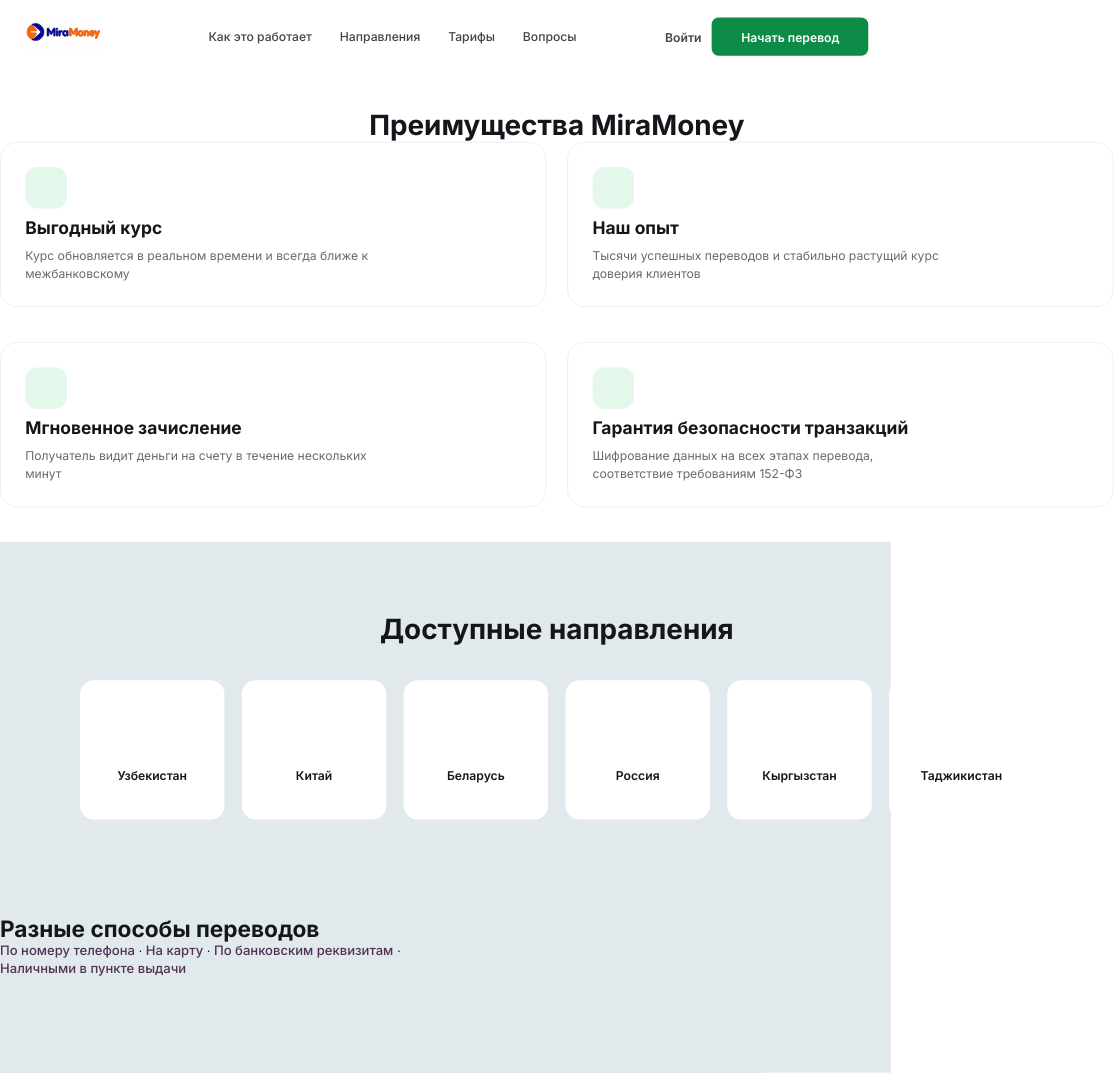
Repository: Shaiyr1/mira-money
Page: index.html
An editor plug-in stored every save of this project. The page is shown before and after a run of saves, followed by the edit.
The browser window is 1024 px wide. The page is 1280 px wide, then 1024 px, so the pictures cover 1280 px, including what lies to the right of the window. The pictures show the whole page, at 87% of full size.

Above is the page before, as saved 2026-10-23 16:15:19.

### index.html
<!DOCTYPE html>
<html lang="en">
<head>
    <meta charset="UTF-8">
    <meta http-equiv="X-UA-Compatible" content="IE=edge">
    <meta name="viewport" content="width=device-width, initial-scale=1.0">
    <link rel="stylesheet" href="/src/css/style.css">
    <title>Document</title>
</head>
<body>
    <header class="header">
        <nav class="header-nav">
            <a class="header-nav__link" href="">
                <img class="header-nav__link-logo" src="./src/img/logo.svg" alt="logo">
            </a>
            <ul class="header-nav__ul">
                <li class="header-nav__li">
                    <a class="header-nav__li-link" href="">Как это работает</a>
                </li>
                <li class="header-nav__li">
                    <a class="header-nav__li-link" href="">Направления</a>
                </li>
                <li class="header-nav__li">
                    <a class="header-nav__li-link" href="">Тарифы</a>
                </li>
                <li class="header-nav__li">
                    <a class="header-nav__li-link" href="">Вопросы</a>
                </li>
            </ul>
            <div class="header-nav__sign">
                <a class="header-nav__sign-link" href="">Войти</a>
                <button class="header-nav__sign-btn">Начать перевод</button>
            </div>
        </nav>
    </header>
    <main class="main">
        <section class="home">
            <div class="container">

            </div>
        </section>
        <section class="advantages">
            <div class="container">
                <h2 class="advantages__title">
                    Преимущества MiraMoney
                </h2>
                <div class="advantages-blocks">
                    <div class="advantages-block">
                        <img class="advantages-block__icon" src="./src/img/icon.svg" alt="icon">
                        <h5 class="advantages-block__title">Выгодный курс</h5>
                        <p class="advantages-block__subtitle">Курс обновляется в реальном времени и всегда ближе к межбанковскому</p>
                    </div>
                    <div class="advantages-block">
                        <img class="advantages-block__icon" src="./src/img/icon.svg" alt="icon">
                        <h5 class="advantages-block__title">Наш опыт</h5>
                        <p class="advantages-block__subtitle">Тысячи успешных переводов и стабильно растущий курс доверия клиентов</p>
                    </div>
                </div>
                <div class="advantages-blocks">
                    <div class="advantages-block">
                        <img class="advantages-block__icon" src="./src/img/icon.svg" alt="icon">
                        <h5 class="advantages-block__title">Мгновенное зачисление</h5>
                        <p class="advantages-block__subtitle">Получатель видит деньги на счету в течение нескольких минут</p>
                    </div>
                    <div class="advantages-block">
                        <img class="advantages-block__icon" src="./src/img/icon.svg" alt="icon">
                        <h5 class="advantages-block__title">Гарантия безопасности транзакций</h5>
                        <p class="advantages-block__subtitle">Шифрование данных на всех этапах перевода, соответствие требованиям 152-ФЗ</p>
                    </div>
                </div>
            </div>
        </section>
        <section class="description">
            <div class="container">
                <h2 class="description__title">Доступные направления</h2>
                <div class="description-items">
                    <div class="description-item">
                        <p class="description-item__country">Узбекистан</p>
                    </div>
                    <div class="description-item">
                        <p class="description-item__country">Китай</p>
                    </div>
                    <div class="description-item">
                        <p class="description-item__country">Беларусь</p>
                    </div>
                    <div class="description-item">
                        <p class="description-item__country">Россия</p>
                    </div>
                    <div class="description-item">
                        <p class="description-item__country">Кыргызстан</p>
                    </div>
                    <div class="description-item">
                        <p class="description-item__country">Таджикистан</p>
                    </div>
                </div>
                <div class="description__ways">
                    <h3 class="description__ways-title">Разные способы переводов</h3>
                    <p class="description__ways-subtitle"><a href=""> По номеру телефона</a>  ·  <a href="">На карту</a>  ·
                        <a href="">По банковским реквизитам </a>  ·  <a href="">Наличными в пункте выдачи</a> </p>
                </div>
            </div>
        </section>
    </main>
    <footer class="footer">
        <div class="container">

        </div>
    </footer>
</body>
</html>

### src/css/style.css
@import url('https://fonts.googleapis.com/css2?family=Inter:ital,opsz,wght@0,14..32,100..900;1,14..32,100..900&display=swap');

* {
    margin: 0;
    padding: 0;
    box-sizing: border-box;
}

.container {
    width: 1280px;
    margin: 0 auto;
}

.header {}

.header-nav {
    width: 95%;
    height: 84px;
    margin: 0 auto;
    display: flex;
    align-items: center;
}

.header-nav__link {}

.header-nav__link-logo {}

.header-nav__ul {
    margin-left: 120px;
    display: flex;
    align-items: center;
    gap: 32px;
}

.header-nav__li {
    list-style-type: none;
}

.header-nav__li-link {
    text-decoration: none;
    color: #3f444c;
    font-size: 14px;
    font-family: Inter;
    font-weight: 500;
    transition: 0.4s;
}

.header-nav__li-link:hover {
    color: #0c8c47;
    transition: 0.4s;
    font-size: 14.5px;
}

.header-nav__sign {
    margin-left: auto;
    display: flex;
    align-items: center;
    gap: 12px;
}

.header-nav__sign-link {
    text-decoration: none;
    color: #3f454c;
    font-size: 14px;
    font-family: Inter;
    font-weight: 600;
    transition: 0.4s;
}

.header-nav__sign-link:hover {
    color: #0c8c47;
    transition: 0.4s;
    font-size: 14.5px;

}

.header-nav__sign-btn {
    background-color: #0c8c47;
    width: 180px;
    height: 44px;
    border-radius: 8px;
    color: #ffffff;
    font-size: 14px;
    font-family: Inter;
    font-weight: 600;
    border: none;
    cursor: pointer;
    transition: 0.4s;
}

.header-nav__sign-btn:hover {
    background-color: rgb(0, 96, 0);
    transition: 0.4s;
}



.advantages {
    padding-top: 40px;
}

.advantages__title {
    color: #13171b;
    text-align: center;
    font-size: 32px;
    font-family: Inter;
    font-weight: 700;
}

.advantages-blocks {
    width: 100%;
    display: flex;
    align-items: center;
    gap: 24px;
    margin-bottom: 40px;
}

.advantages-block {
    width: 50%;
    border: 1px solid #eaedef;
    border-radius: 20px;
    padding: 28px;
    display: flex;
    flex-direction: column;
    align-items: flex-start;
    gap: 10px;
}

.advantages-block__icon {}

.advantages-block__title {
    color: #13171b;
    font-size: 20px;
    font-family: Inter;
    font-weight: 700;

}

.advantages-block__subtitle {
    width: 400px;
    color: #666b72;
    text-align: left;
    font-size: 14px;
    font-family: Inter;
    line-height: 20px;
}




.description {
    padding: 80px 0;
    background-color: rgb(226, 233, 237);
}

.description__title {
    color: #13171b;
    text-align: center;
    font-size: 32px;
    font-family: Inter;
    font-weight: 700;
}

.description-items {
    margin-top: 40px;
    display: flex;
    justify-content: center;
    align-items: center;
    gap: 20px;
}

.description-item {
    background-color: #ffffff;
    width: 166px;
    height: 160px;
    border-radius: 16px;
}

.description-item__country {
    margin-top: 100px;
    color: #13171b;
    text-align: center;
    vertical-align: text-top;
    font-size: 14px;
    font-family: Inter;
    font-weight: 600;
}
.description__ways {
    margin-top: 80px;
    padding: 30px 0;
}

.description__ways-title {
    color: #13171b;
    text-align: left;
    font-size: 26px;
    font-family: Inter;
    font-weight: 700;
}
.description__ways-subtitle {
    width:548px;
    font-size: 15px;

}
.description__ways-subtitle a {
    color: #4d3352;
    text-align: left;
    font-size: 15px;
    font-family: Inter;
    font-weight: 500;
    text-decoration: none;
    line-height: 20px;
}



@media (max-width: 1024px) {
   .container {

   }
}

After the next 2 saves:
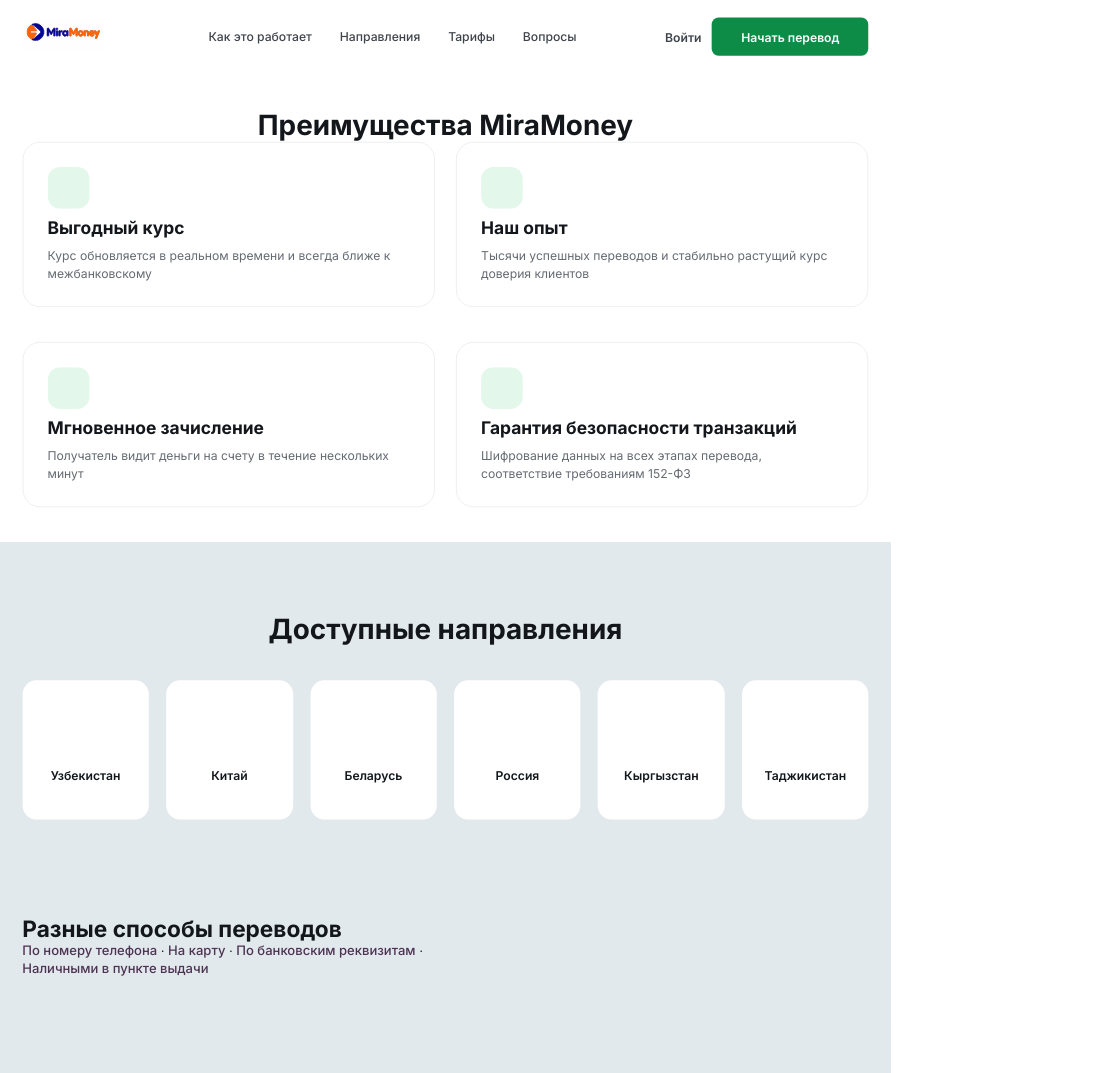
The 2 saves are shown as one change because they came seconds apart.
The last was saved 47 s later.
--- a/src/css/style.css
+++ b/src/css/style.css
@@ -216,6 +216,6 @@
 
 @media (max-width: 1024px) {
    .container {
-
+    width: 95%;
    }
 }
